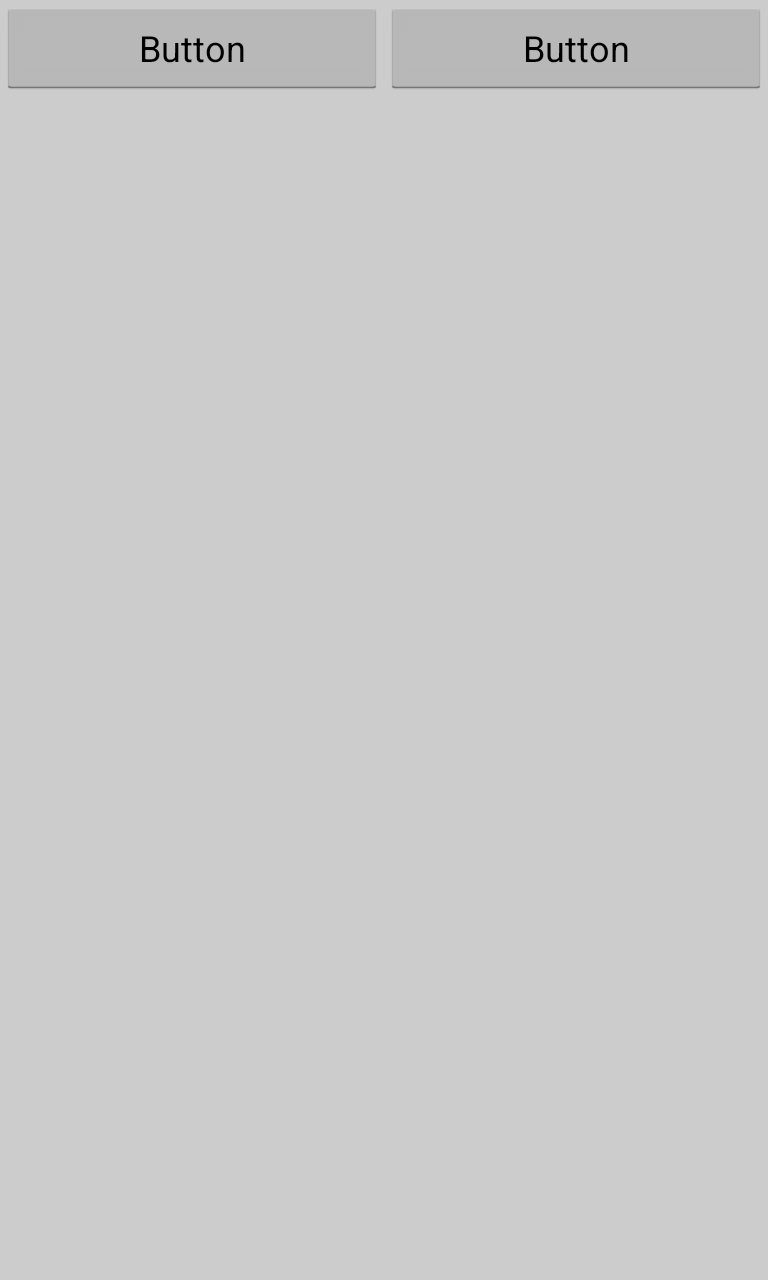
Repository: ChenLongAHXC/AndroidPractice
Layout: Mp3/res/layout/activity_main.xml
These files come from the project's save history. The layout is drawn as it stood at one moment and after the next save; the edit follows.
It is drawn on a 768 x 1280 px phone screen (xhdpi) without system bars, with theme AppTheme; the app's code is not run.

Above is the layout before, as saved 2014-03-25 03:11:17.

### Mp3/res/layout/activity_main.xml
<LinearLayout xmlns:android="http://schemas.android.com/apk/res/android"
    xmlns:tools="http://schemas.android.com/tools"
    android:layout_width="fill_parent"
    android:layout_height="fill_parent"
    android:orientation="vertical">

    <LinearLayout
        android:layout_weight="1"
        android:layout_width="match_parent"
        android:layout_height="0dp"
        android:background="#cccccc">

        <Button
            android:id="@+id/button1"
            android:layout_weight="1"
            android:layout_width="0dp"
            android:layout_height="wrap_content"
            android:text="Button" />

        <Button
            android:id="@+id/button2"
            android:layout_weight="1"
            android:layout_width="0dp"
            android:layout_height="wrap_content"
            android:text="Button" />

    </LinearLayout>

    <LinearLayout
        android:id="@+id/showMp3List"
        android:layout_width="match_parent"
        android:layout_height="0dp"
        android:layout_weight="5.37"
        android:background="#cccccc"
        android:orientation="vertical" >

    </LinearLayout>

</LinearLayout>

Loaded but not shown: Mp3/res/values/styles.xml (common file); Mp3/res/values-v11/styles.xml (common file); Mp3/res/values-v14/styles.xml (common file)

After the next save:
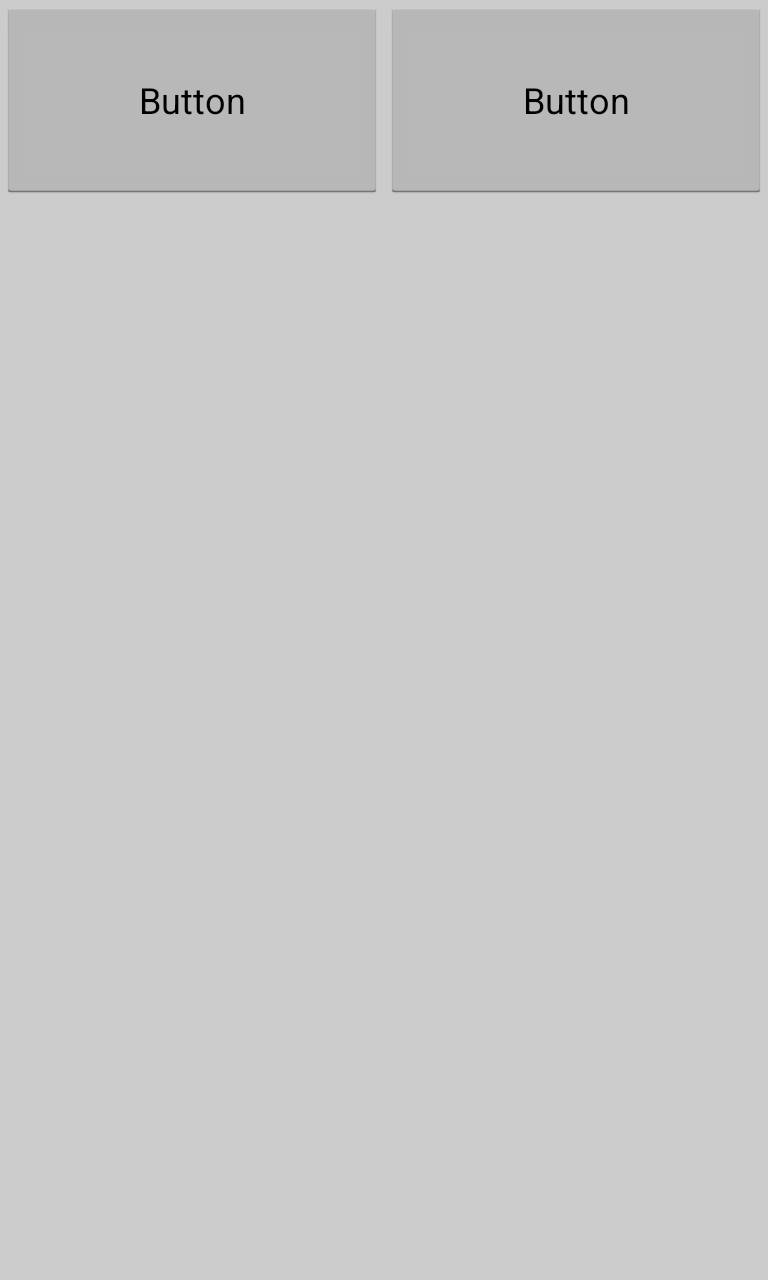
Saved 17 s later.
--- a/Mp3/res/layout/activity_main.xml
+++ b/Mp3/res/layout/activity_main.xml
@@ -14,14 +14,14 @@
             android:id="@+id/button1"
             android:layout_weight="1"
             android:layout_width="0dp"
-            android:layout_height="wrap_content"
+            android:layout_height="fill_parent"
             android:text="Button" />
 
         <Button
             android:id="@+id/button2"
             android:layout_weight="1"
             android:layout_width="0dp"
-            android:layout_height="wrap_content"
+            android:layout_height="fill_parent"
             android:text="Button" />
 
     </LinearLayout>
